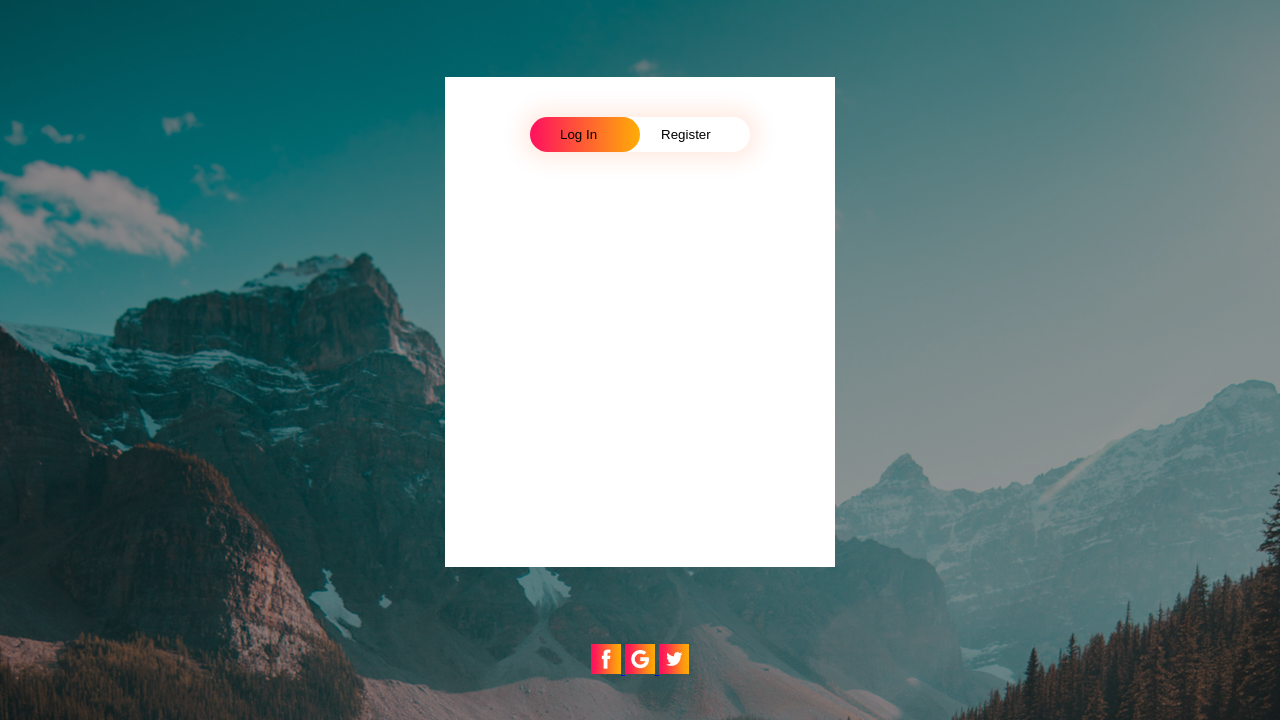
Repository: dung8466/Sign_in_page
Page: index.html
The author's editor kept a copy of each file at every save. The page is drawn from the files as they stood at one save, then again after the next save.
The browser window is 1280 px wide. The pictures show the whole page.

Above is the page before, as saved 2021-10-06 22:29:36.

After the next save:
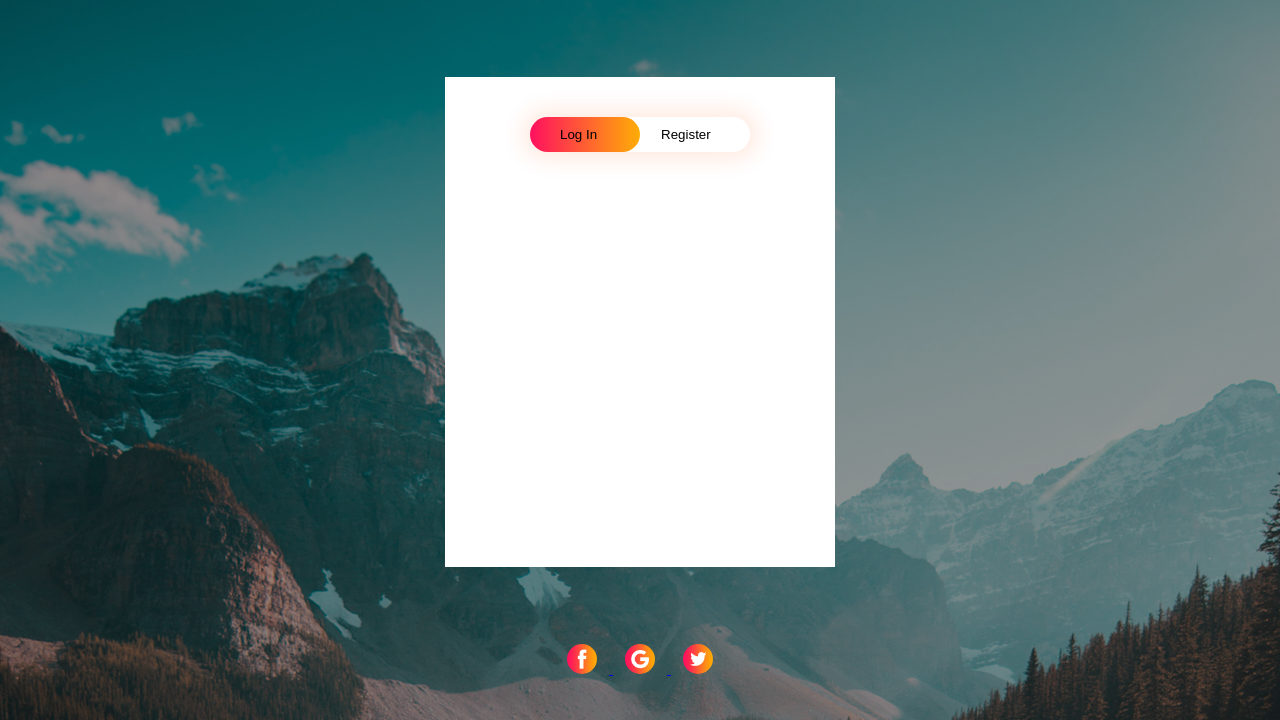
Saved 66 s later.
--- a/style.css
+++ b/style.css
@@ -56,4 +56,7 @@
 
 .social-icon img{
     width: 30px;
+    margin: 0 12px;
+    box-shadow: 0 0 20px 0 #7f7f7f3d;
+    border-radius: 50%;
 }
